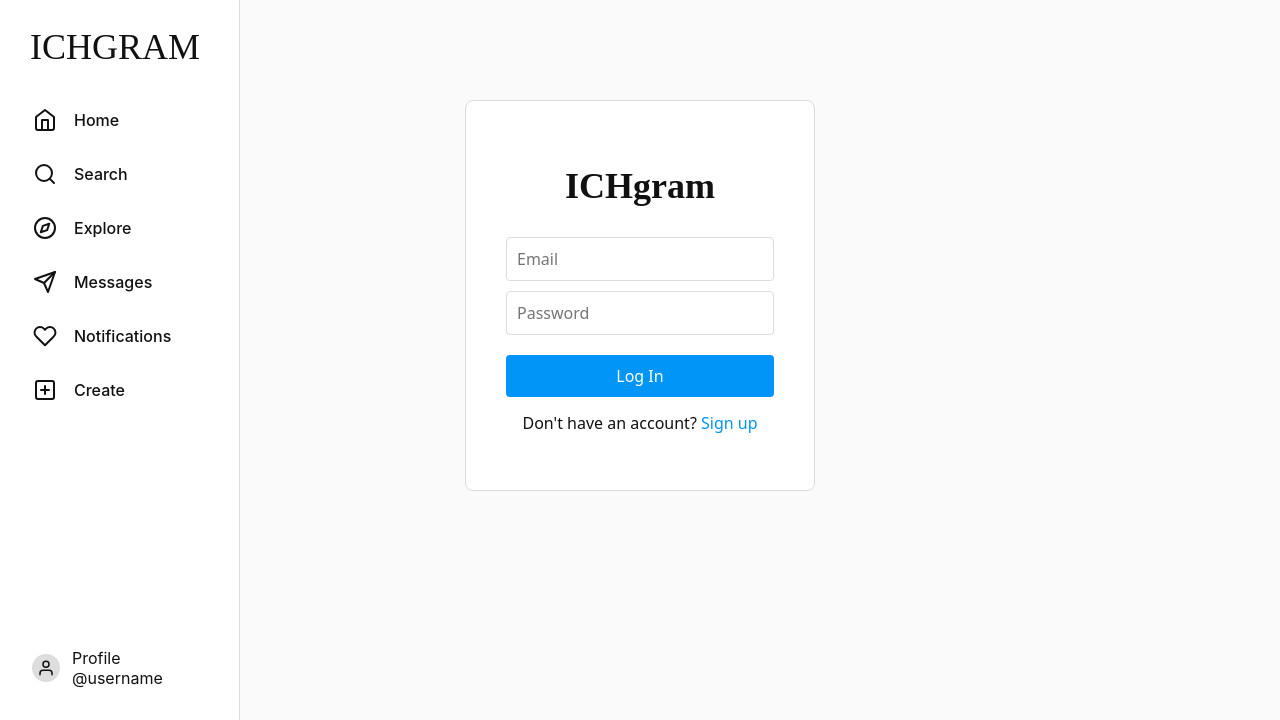
Repository: JuliiaJuliia/project-ichgram
Page: /
The author's editor kept a copy of each file at every save. The page is drawn from the files as they stood at one save, then again after the next save.
The browser window is 1280 px wide. The pictures show the whole page.
The project was rebuilt for these pictures with package versions that can differ from the ones it lists, and the page was loaded fresh each time. Also part of the build but not shown: src/components/Stories.js, src/components/PostForm.js, src/components/PostCard.css, src/components/PostCard.js, src/components/Feed.js, src/components/Chat.js, src/pages/Register.js, src/pages/NotFound.js and 3 more.

Above is the page before, as saved 2026-02-19 20:22:05.

After the next save:
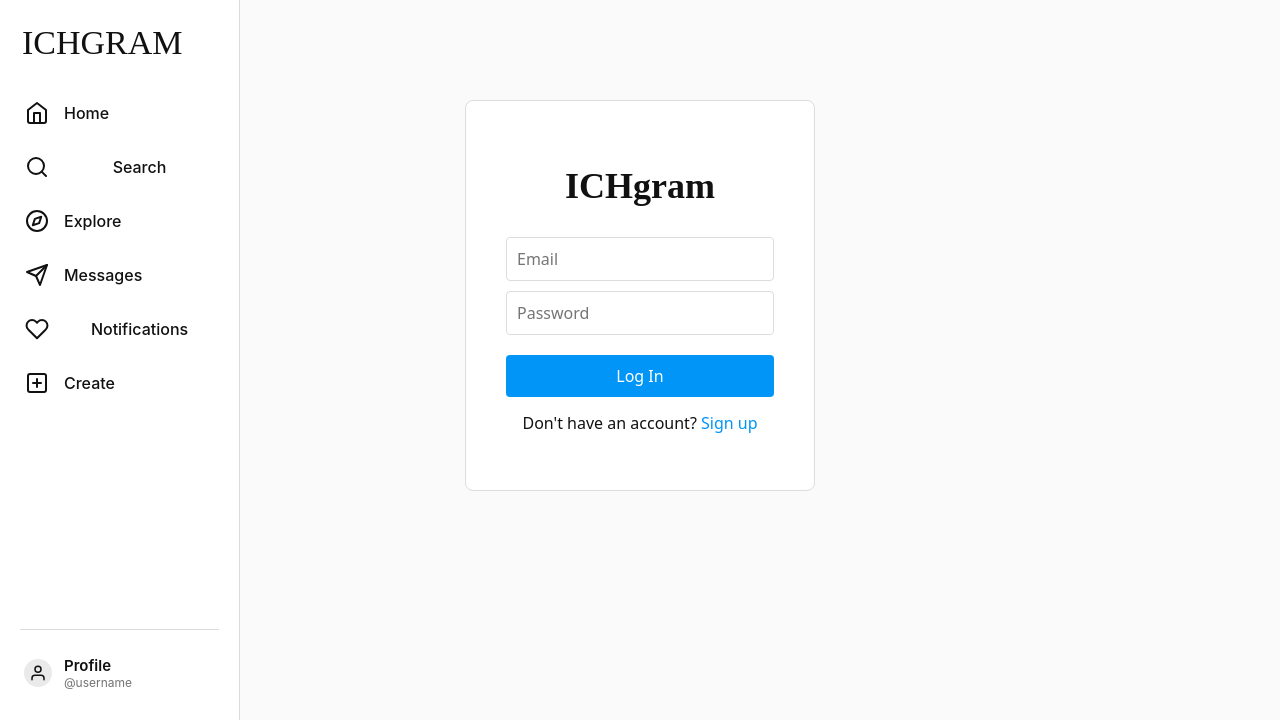
Saved 81 s later.
--- a/src/components/Stories.css
+++ b/src/components/Stories.css
@@ -1,27 +1,127 @@
-.sidebar {
+/* ===== Sidebar container ===== */
+.sidebar{
     width: 240px;
     height: 100vh;
-    border-right: 1px solid #ddd;
-    padding: 20px;
     position: fixed;
     left: 0;
     top: 0;
-    background: white;
+    background: #ffffff;
+    border-right: 1px solid #dbdbdb;
+    padding: 18px 12px;
+    display: flex;
+    flex-direction: column;
+    z-index: 50;
+
+    /* системный шрифт как в Instagram */
+    font-family: -apple-system, BlinkMacSystemFont, "Segoe UI",
+                 Roboto, Helvetica, Arial, sans-serif;
   }
 
-  .logo {
-    font-size: 24px;
-    margin-bottom: 30px;
+  /* ===== LOGO (тот же, что на логине) ===== */
+  .sidebar__logo{
+    font-family: 'Lobster', cursive;
+    font-size: 34px;
+    font-weight: 400;
+    margin: 6px 0 26px 10px;
+    letter-spacing: 0;
+    cursor: pointer;
+    user-select: none;
   }
 
-  .nav-item {
-    padding: 12px 0;
-    font-size: 18px;
-    cursor: pointer;
+  .sidebar__logoText{
+    font-family: 'Lobster', cursive;
   }
 
-  .nav-item:hover {
-    background: #f5f5f5;
-    border-radius: 8px;
-    padding-left: 10px;
+  /* ===== Navigation ===== */
+  .sidebar__nav{
+    display: flex;
+    flex-direction: column;
+    gap: 4px;
   }
+
+  /* menu item */
+  .sidebar__item{
+    display: flex;
+    align-items: center;
+    gap: 14px;
+    padding: 12px 12px;
+    border-radius: 12px;
+    background: transparent;
+    cursor: pointer;
+    border: 0;
+
+    font-size: 16px;
+    font-weight: 500;
+    line-height: 20px;
+    color: #111;
+    transition: background 0.15s ease;
+  }
+
+  .sidebar__item:hover{
+    background: #f2f2f2;
+  }
+
+  /* active route (NavLink) */
+  .sidebar__item.active{
+    font-weight: 700;
+  }
+
+  /* icons */
+  .sidebar__icon{
+    width: 26px;
+    height: 26px;
+    display: flex;
+    justify-content: center;
+    align-items: center;
+  }
+
+  /* text */
+  .sidebar__label{
+    flex: 1;
+  }
+
+  /* ===== bottom profile ===== */
+  .sidebar__bottom{
+    margin-top: auto;
+  }
+
+  .sidebar__divider{
+    height: 1px;
+    background: #dbdbdb;
+    margin: 10px 8px 14px;
+  }
+
+  .sidebar__profile{
+    display: flex;
+    align-items: center;
+    gap: 12px;
+    padding: 12px;
+    border-radius: 12px;
+    text-decoration: none;
+    color: #111;
+    transition: background 0.15s ease;
+  }
+
+  .sidebar__profile:hover{
+    background: #f2f2f2;
+  }
+
+  .sidebar__avatar{
+    width: 28px;
+    height: 28px;
+    border-radius: 50%;
+    background: #eaeaea;
+    display: flex;
+    align-items: center;
+    justify-content: center;
+  }
+
+  .sidebar__profileName{
+    font-size: 15px;
+    font-weight: 600;
+  }
+
+  .sidebar__profileSub{
+    font-size: 12px;
+    color: #737373;
+  }
